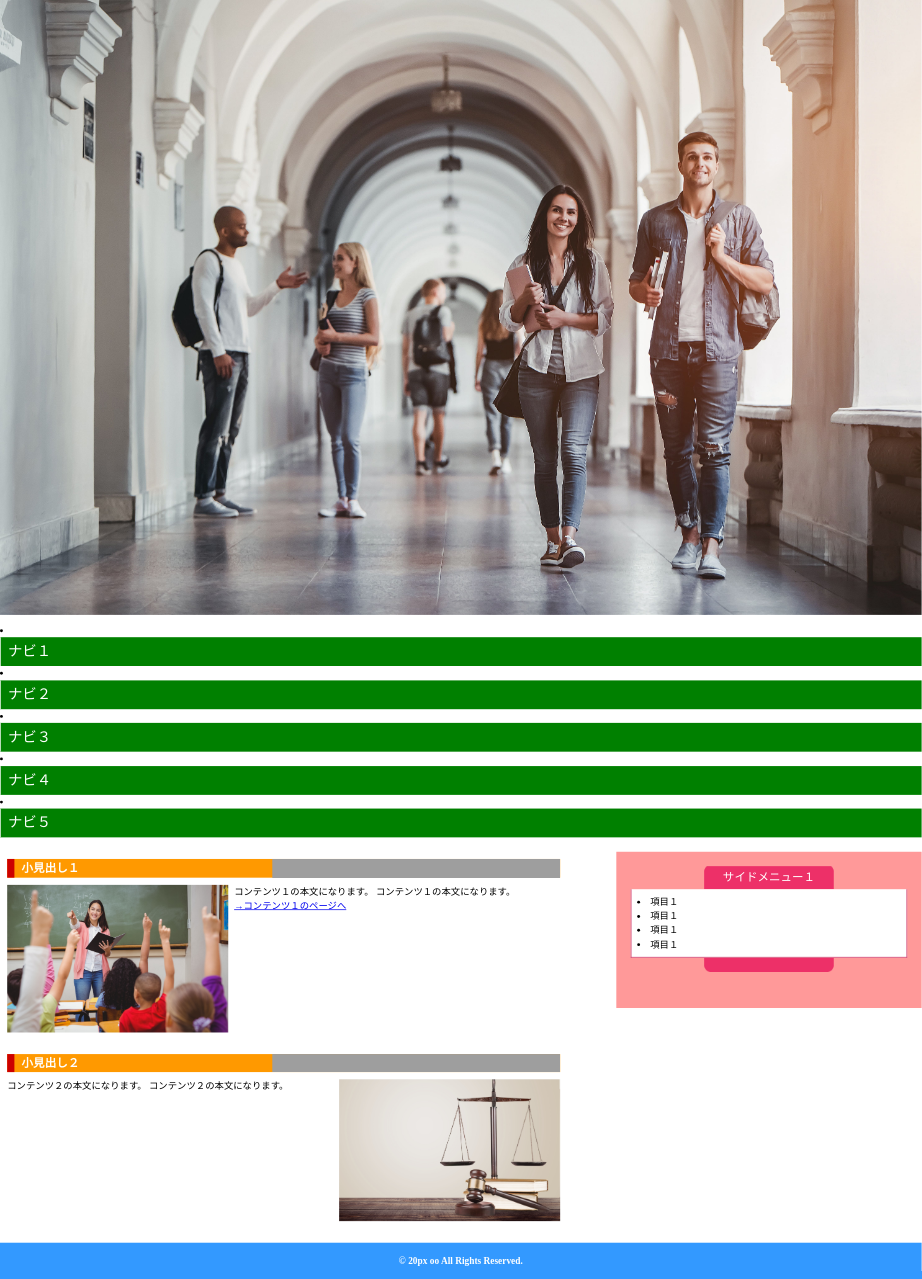
Repository: masami-a/samurai_HTML-CSS
Page: home.html
The author's editor kept a record of every edit. The page is drawn from the files as they stood at one moment, then again after the next edit.
The browser window is 1280 px wide. The pictures show the whole page, at 72% of full size.
Pictures or frames that could not be fetched are drawn as grey boxes.

Above is the page before.

### home.html
<!DOCTYPE html>
<html lang="ja">
<head>
    <meta charset="UTF-8">
    <title>HTMLCSSの学習</title>
    <link rel="stylesheet"href="stylesheet.css">
</head>
<body>
    <div id="header">
        <h1><a href="index.html"><img id="corridor" src="images/corridor.jpg" alt="大学の廊下"/> </a></h1>
    </div>
    <div id="wrapper">
        <div id="nav">
            <u1>
                <li><a href="home.html">ナビ１</a></li>
                <li><a href="#">ナビ２</a></li>
                <li><a href="#">ナビ３</a></li>
                <li><a href="#">ナビ４</a></li>
                <li><a href="#">ナビ５</a></li>
            </u1>
        </div>
         <div id="container">
             <div id="main">
                 <div class="post clearfix">
                     <h2>小見出し１</h2>
                     <img class="left" src="images/classroom.jpg" alt="授業風景"/>
                     <p>
                         コンテンツ１の本文になります。
                         コンテンツ１の本文になります。
                     </p>
                     <p><a href="#">→コンテンツ１のページへ</a></p>
                 </div>
                 <div class="post clearfix">
                     <h2>小見出し２</h2>
                     <img class="right" src="images/scale.jpg" alt="天秤"/>
                     <p>
                         コンテンツ２の本文になります。
                         コンテンツ２の本文になります。
                     </p>
                 </div>
             </div>
             <div id="side">
                 <div class="box">
                     <h2>サイドメニュー１</h2>
                     <div class="boxBody">
                         <u1>
                             <li>項目１</li>
                              <li>項目１</li>
                               <li>項目１</li>
                                <li>項目１</li>
                         </u1>
                     </div>
                 </div>
             </div>
         </div>
    </div>
    <div id="footer">
        <p>&copy; 20px oo All Rights Reserved.</p>
    </div>
</body>
</html>

### stylesheet.css
@charset"utf-8";

body{
    margin:0;
    padding:0;
    font-family:"ヒラギノ角ゴ pro W3;","Hiragino kaku Gothic Pro","メイリオ"
    color:#333;
    font-size:13px;
    line-height:150%;
}

/*------------wrapper----------*/
#wrapper{
    width: 100%;
    margin: auto;
    padding:0px;
    border:0px;
    background-color: #FFF;
 top: 10px;
 position: relative;
}

/*----------header---------*/
#header{
    width: 100%;
}
#header h1{
    margin: 0;
    padding: 0;
}

#corridor{
    width: 100%;
    height: auto;
}

/*----------footer--------*/
#footer{
    clear:both;
    width: 100%;
    padding: 3px 0 3px 0;
    background: #39F;
    color: #FFF;
    font-weight: bold;
    text-align: center;
}
/*----------nav----------*/
#nav{
    width: 100%;
}
#nav ul{
    margin: 0;
    padding: 0;
    list-style-type: none;
}
#nav ul li{
    float: left;
    width: 20%;
    text-align: center;
}
#nav u1 li a{
    display: block;
    height: 20px;
    margin: 0;
    padding: 10px;
    color: #FFF;
    font-size: 20px;
    text-decoration: none;
    background-color: green;
    border-left: 1px solid white;
}

#nav u1 li a:hover{
    filter:drop-shadow(10px 10px 10px black);
}

/*----------container----------*/
#container{
    width: 100%;
    margin: auto;
    padding: auto;
    padding-top: 20px;
    clear: both;
}
/*----------main----------*/
#main{
    float: left;
    width: 60%;
    padding: 10px 30px 10px 10px;
}
#main h2{
    margin: 0 0 10px 0;
    padding: 3px 10px 3px 10px;
    color: #FFF;
    font-size: 16px;
    border-left:solid 10px #C00;
    background:#F90 url(../images/main_h2.jpg)right top repeat-y;
}
#main p{
    margin: 0;
    padding: 0;
}
#main .post{
    margin: 0 0 30px 0;
}

#main .post img.right{
    margin: 0 0 0 8px;
}
#main .post img.left{
    margin: 0 8px 0 0;
}

.right{
    float: right;
    width: 40%;
    height: auto;
}
.left{
    float: left;
    width: 40%;
    height: auto;
}

/*----------clearfix----------*/
.clearfix{
    zoom: 1;
}
.clearfix:after{
    content: "";
    display: block;
    clear: both;
}

/*----------side----------*/
#side{
    float: right;
    width: 30%;
    padding: 20px;
    background-color: #F99;
}
#side .box{
    margin: 0 auto 30px auto;
    padding: 0 0 20px 0;
    background: url(images/side_box.png)bottom no-repeat;
}
#side .box h2{
    margin: 0;
    padding: 8px;
    text-align: center;
    color: #fff;
    font-size: 16px;
    line-height: 16px;
    font-weight: normal;
    background: url(images/side_box_h2.png)center no-repeat;
}
#side .box .boxBody {
 	 padding: 8px;
 	 border-right: solid 1px #C36;
 	 border-bottom: solid 1px #C36;
 	 border-left: solid 1px #C36;
 	 background: #fff;
 }
 #side .box .boxBody ul {
 	 margin: 0 0 16px 0;
 	 padding: 0;
 }
 #side .box .boxBody ul li {
 	 padding: 8px 0 8px 4px;
 	 list-style: none;
 	 border-bottom: solid 1px #C36;
 }

 #side .box .boxBody ul

After the next edit:
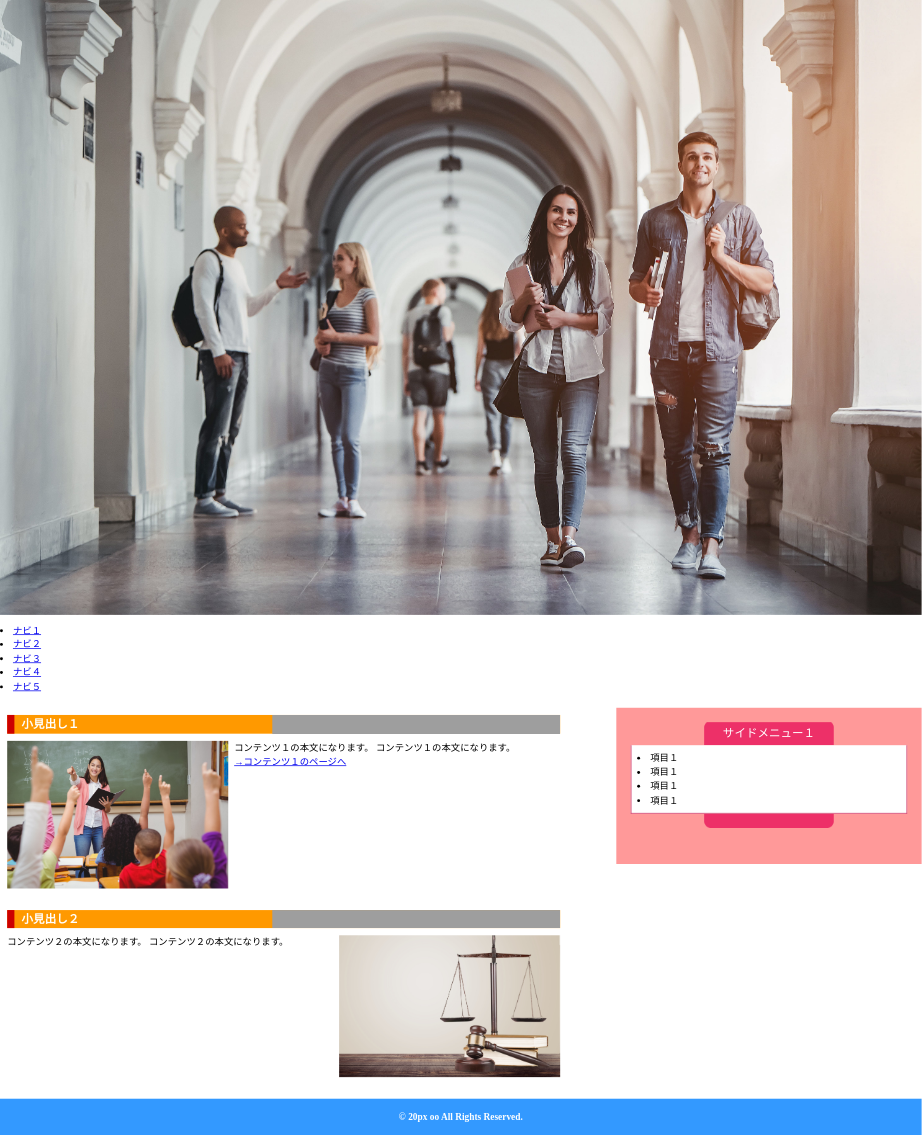
The edit:
--- a/stylesheet.css
+++ b/stylesheet.css
@@ -58,7 +58,7 @@
     width: 20%;
     text-align: center;
 }
-#nav u1 li a{
+#nav ul li a{
     display: block;
     height: 20px;
     margin: 0;
